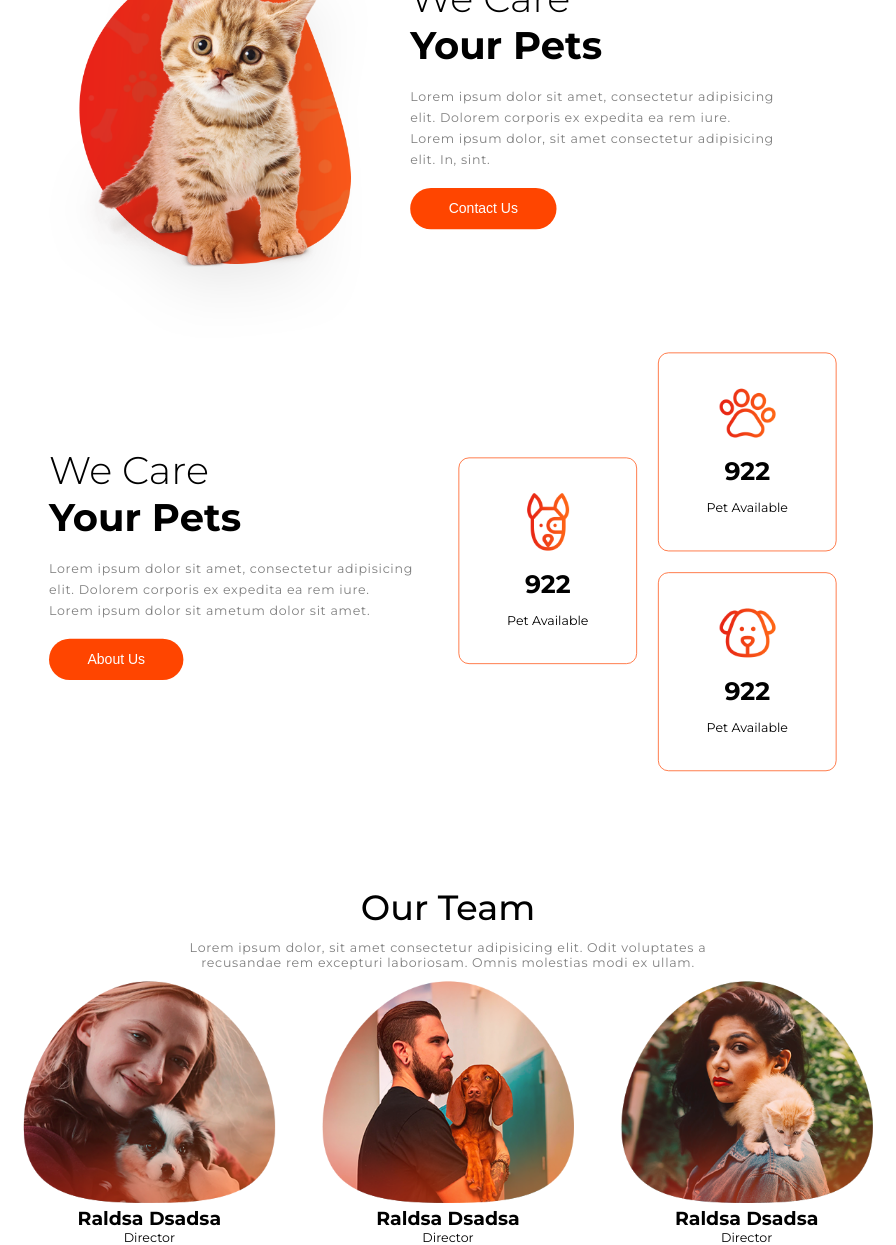
Repository: giahuy405/Day_2_Anipat
Page: index.html
The author's editor kept a copy of each file at every save. The page is drawn from the files as they stood at one save, then again after the next save.
The browser window is 1280 px wide. The pictures show the part of the page from y = 1852 to 3772 px (the page is 3630 px tall before and 3772 px after), at 70% of full size.

Above is the page before, as saved 2022-09-09 00:02:01.

### index.html
<!DOCTYPE html>
<html lang="en">
<head>
    <meta charset="UTF-8">
    <meta http-equiv="X-UA-Compatible" content="IE=edge">
    <meta name="viewport" content="width=device-width, initial-scale=1.0">
    <title>Anipat</title>
    <link rel="stylesheet" href="https://cdnjs.cloudflare.com/ajax/libs/font-awesome/6.2.0/css/all.min.css">
    <link href="https://fonts.googleapis.com/css2?family=Montserrat:wght@300;400;500;700&display=swap" rel="stylesheet">
    <link rel="stylesheet" href="./css/index.css">
</head>
<body>
    <header>
        <div class="header-top">
            <div class="container">
                <div class="header__contact">
                    <a href="#">+880 4664 216 </a>
                    <span>Mon - Sat 10:00 - 7:00</span>
                </div>
                <div class="header__social">
                    <ul>
                        <li><a href="#"><i class="fa-brands fa-facebook-f"></i></a></li>
                        <li><a href="#"><i class="fa-brands fa-pinterest-p"></i></a></li>
                        <li><a href="#"><i class="fa-brands fa-google-plus-g"></i></a></li>
                        <li><a href="#"><i class="fa-brands fa-linkedin-in"></i></a></li>
                    </ul>
                </div>
                <div class="clear"></div>
            </div>
        </div>
        <div class="header-bottom container">
            <img src="./img/logo.png" alt="Logo">
            <ul>
                <li><a href="#">Home</a></li>
                <li><a href="#">About</a></li>
                <li><a href="#">Blog</a></li>
                <li><a href="#">Pages</a></li>
                <li><a href="#">Services</a></li>
                <li><a href="#">Contact</a></li>
            </ul>
            <div class="clear"></div>
        </div>

    </header>
    <div class="carousel">
        <div class="container">
            <div class="carousel__content">
                <h1>We Care</h1>
                <h2>Your Pets</h2>
                <p>Lorem ipsum dolor sit amet, consectetur adipisicing elit. Dolorem corporis ex expedita ea rem iure.</p>
                <button>Contact Us</button>
            </div>
            <div class="carousel__dog">
                <img src="./img/dog.png" alt="Dog">
            </div>
            <div class="clear"></div>
        </div>
    </div>
    <div class="service">
        <div class="service-top">
            <h1>Services for every dog</h1>
            <p>Lorem ipsum dolor sit amet, consectetur adipiscing elit, sed do eiusmod tempor incididunt ut labore et dolore magna</p>
        </div>
        <div class="service-bottom container">
            <div class="service-card">
                <div class="service__item">
                    <div class="service__background">
                        <img src="./img/service_icon_1.png" alt="">
                    </div>
                    <h2>Pet Boarding</h2>
                    <p>Lorem, ipsum dolor sit amet consectetur adipisicing elit. Quasi asperiores</p>
                </div>
            </div>
            <div class="service-card">
                <div class="service__item">
                    <div class="service__background">
                        <img src="./img/service_icon_2.png" alt="">
                    </div>
                    <h2>Pet Boarding</h2>
                    <p>Lorem, ipsum dolor sit amet consectetur adipisicing elit. Quasi asperiores</p>
                </div>
            </div>
            <div class="service-card">
                <div class="service__item">
                    <div class="service__background">
                        <img src="./img/service_icon_3.png" alt="">
                    </div>
                    <h2>Pet Boarding</h2>
                    <p>Lorem, ipsum dolor sit amet consectetur adipisicing elit. Quasi asperiores</p>
                </div>
            </div>
            <div class="clear"></div>
        </div>
    </div>
    <div class="netcare container">
        <div class="netcare__cat">
            <img src="./img/pet_care.png" alt="pet care">
        </div>
        <div class="netcare__content">
                <h1>We Care</h1>
                <h2>Your Pets</h2>
                <p>Lorem ipsum dolor sit amet, consectetur adipisicing elit. Dolorem corporis ex expedita ea rem iure. Lorem ipsum dolor, sit amet consectetur adipisicing elit. In, sint.</p>
                <button>Contact Us</button>
        </div>
        <div class="clear"></div>
    </div>
    <div class="care">
        <div class="container">
            <div class="care__content">
                <h1>We Care</h1>
                <h2>Your Pets</h2>
                <p>Lorem ipsum dolor sit amet, consectetur adipisicing elit. Dolorem corporis ex expedita ea rem iure. Lorem ipsum dolor sit ametum dolor sit amet.</p>
                <button>About Us</button>
            </div>
            <div class="care__items">
                <div class="care__item">
                    <div class="care__card care__card--left">
                        <div class="care__desc">
                            <img src="./img/1.png" alt="">
                            <h1>922</h1>
                            <p>Pet Available</p>
                        </div>
                    </div>
                </div>
                <div class="care__item">
                    <div class="care__card">
                        <div class="care__desc">
                            <img src="./img/2.png" alt="">
                            <h1>922</h1>
                            <p>Pet Available</p>
                        </div>
                    </div>
                    <div class="care__card">
                        <div class="care__desc">
                            <img src="./img/3.png" alt="">
                            <h1>922</h1>
                            <p>Pet Available</p>
                        </div>
                    </div>
                </div>
                <div class="clear"></div>
            </div>
            <div class="clear"></div>
        </div>
    </div>
    <div class="team">
        <div class="team-top">
            <h1>Our Team</h1>
            <p>Lorem ipsum dolor, sit amet consectetur adipisicing elit. Odit voluptates a recusandae rem excepturi laboriosam. Omnis molestias modi ex ullam.</p>
        </div>
        <div class="team-bottom">
            <div class="team__card">
                <img src="./img/team1.png" alt="">
                <div class="team__box">
                    <div class="team__content">
                        <h2>Raldsa Dsadsa</h2>
                        <p>Director</p>
                    </div>
                </div>
            </div>
            <div class="team__card">
                <img src="./img/team2.png" alt="">
                <div class="team__box">
                    <div class="team__content">
                        <h2>Raldsa Dsadsa</h2>
                        <p>Director</p>
                    </div>
                </div>
            </div>
            <div class="team__card">
                <img src="./img/team3.png" alt="">
                <div class="team__box">
                    <div class="team__content">
                        <h2>Raldsa Dsadsa</h2>
                        <p>Director</p>
                    </div>
                </div>
            </div>
        </div>
    </div>
</body>
</html>

### css/index.css
*{
    padding: 0;
    margin: 0;
    box-sizing: border-box;
}
.clear{
    clear: both;
}
html{
    font-size: 18px;
    font-family: 'Montserrat', sans-serif;
}
.container{
    width: 1140px;
    margin: 0 auto;
}
.header__contact{
    float: left;
}
.header__social{
    float: right;
}
.header-top{
    background-color: black;
    padding: 15px;
}
.header__contact a{
     color: white;
     text-decoration: none;
     transition: all 0.2s;
}
.header__contact a:hover{
    color: red;
}
.header__contact span{
    color: white;
    margin-left: 35px;
}
.header__social ul,.header-bottom ul{
    list-style: none;
}
.header__social li,.header-bottom li{
    display: inline;
    margin-left: 35px;
}
.header__social i{
    color: white;
    transition: all 0.2s;
}
.header__social i:hover{
    color: red;
}
.header-bottom ul{
    float: right;
}
.header-bottom a{
    text-decoration: none;
    font-weight: bold;
    color: black;
    transition: all 0.2;
    line-height: 40px;
}
.header-bottom a:hover{
    color: red;
}
.header-bottom{
    padding: 20px 0;
}
.carousel{
    background-image: url(../img/banner.png);
    background-position: center bottom;
    background-repeat: no-repeat;
    background-size: 100%;
    height: 600px;
    position: relative;
    margin-bottom: 150px;
}
.carousel__content{
    float: left;
    width: 33%;
    padding-top: 100px;
}
.carousel__dog{
    float: left;
    width: 67%;
    position: absolute;
    top: -10px;
    left: 315px;
    padding: 30px;
}
.carousel__content h1{
    color: white;
    font-size: 70px;
    font-weight: 300;
}
.carousel__content h2{
    color: white;
    font-size: 70px;
    font-weight: 700;
}
.carousel__content p{
    color: white;
    line-height: 30px;
    letter-spacing: 1px;
    margin: 20px 0;
}
.carousel__content button{
    padding: 19px 50px;
    border-radius: 30px;
    border: none;
    font-size: 18px;
    background-color: white;
    color: orangered;
    cursor: pointer;
}
.carousel__content button:hover{
    background-color: orangered;
    color: white;
}
.carousel__dog img{
    width: 100%;

}
.service{
    text-align: center;
    margin-bottom: 100px;
}
.service-top h1{
    font-weight: 500;
    font-size: 50px;
    margin-bottom: 15px;
}
.service-top p{
    padding: 0 300px;
    color: grey;
}
.service-top{
    margin-bottom: 150px;
}
.service-card{
    float: left;
    width: 33.3333%;
}
.service__background{
    background-image: url(../img/service_icon_bg_1.png);
    width: 161px;
    height: 143px;
    background-position: center;
    margin: 0 auto;
}
.service__item{
    border: 1px solid orangered;
    border-radius: 15px;
    padding: 60px 40px;
}
.service-card{
    padding: 20px;
}
.service__item img{
    padding-top: 35px;
}
.service__item h2{
    margin: 30px 0;
}
.service__item p{
    color: grey;
    line-height: 30px;
}
.netcare__cat{
    float: left;
    width: 40%;
}
.netcare__content{
    float: left;
    width: 60%;
    padding-right: 100px;
    padding-top: 75px;
    padding-left: 60px;
}
.netcare__cat img{
    width: 100%;
}
.netcare__content h1,.care__content h1{
    color: black;
    font-size: 55px;
    font-weight: 300;
}
.netcare__content h2,.care__content h2{
    color: black;
    font-size: 55px;
    font-weight: 700;
}
.netcare__content p,.care__content p{
    color: grey;
    line-height: 30px;
    letter-spacing: 1px;
    margin: 25px 0;
}
.netcare__content button,.care__content button{
    padding: 18px 55px;
    border-radius: 30px;
    border: none;
    background-color: orangered;
    color: white;
    font-size: 20px;
    cursor: pointer;
    transition: all 0.2s;
}
.netcare__content button:hover,.care__content  button:hover{
    background-color: white;
    border: 1px solid orangered;
    color: orangered;
}
.care__content,.care__items,.care__item{
    float: left;
    width: 50%;
}
.care__content{
    padding-right: 50px;
    padding-top: 150px;
}
.care__desc{
    border: 1px solid orangered;
    border-radius: 15px;
   padding: 50px 20px;
}
.care__card{
    text-align: center;
    margin-bottom: 30px;
}
.care__item{
     padding: 15px;
}
.care__card--left{
    margin-top: 150px;
}
.care__item h1{
    margin: 20px 0;
}
.team{
    text-align: center;
    margin-top: 120px;
    margin-bottom: 120px;
}
.team-top h1{
    font-weight: 500;
    font-size: 50px;
}
.team-top p{
    padding: 0 250px;
    letter-spacing: 1px;
    color: grey;
    margin: 15px;
}
.team__card{
    float: left;
    width: 33.333%;
}

After the next save:
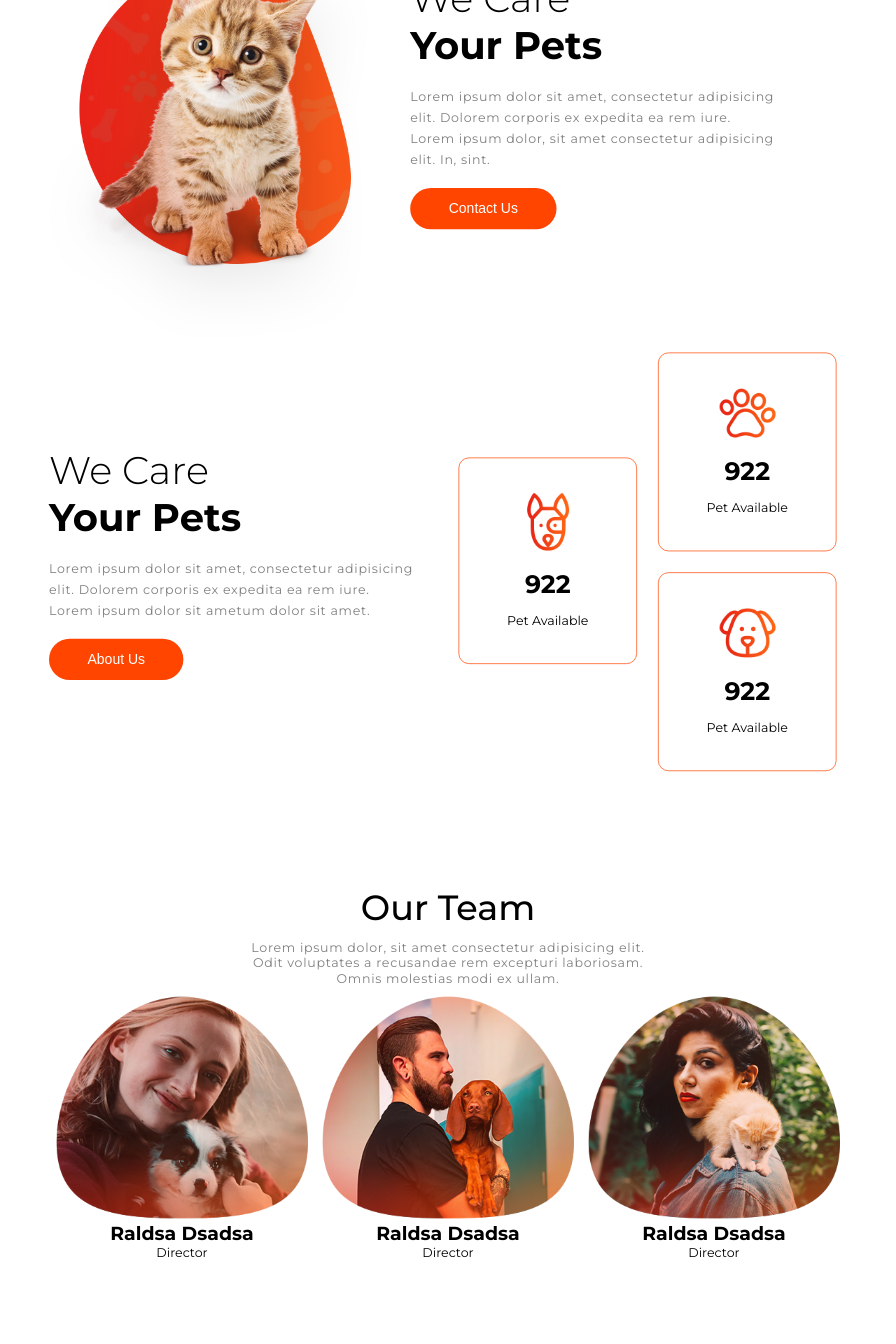
Saved 6 s later.
--- a/index.html
+++ b/index.html
@@ -143,7 +143,7 @@
             <div class="clear"></div>
         </div>
     </div>
-    <div class="team">
+    <div class="team container">
         <div class="team-top">
             <h1>Our Team</h1>
             <p>Lorem ipsum dolor, sit amet consectetur adipisicing elit. Odit voluptates a recusandae rem excepturi laboriosam. Omnis molestias modi ex ullam.</p>
@@ -176,6 +176,7 @@
                     </div>
                 </div>
             </div>
+            <div class="clear"></div>
         </div>
     </div>
 </body>
